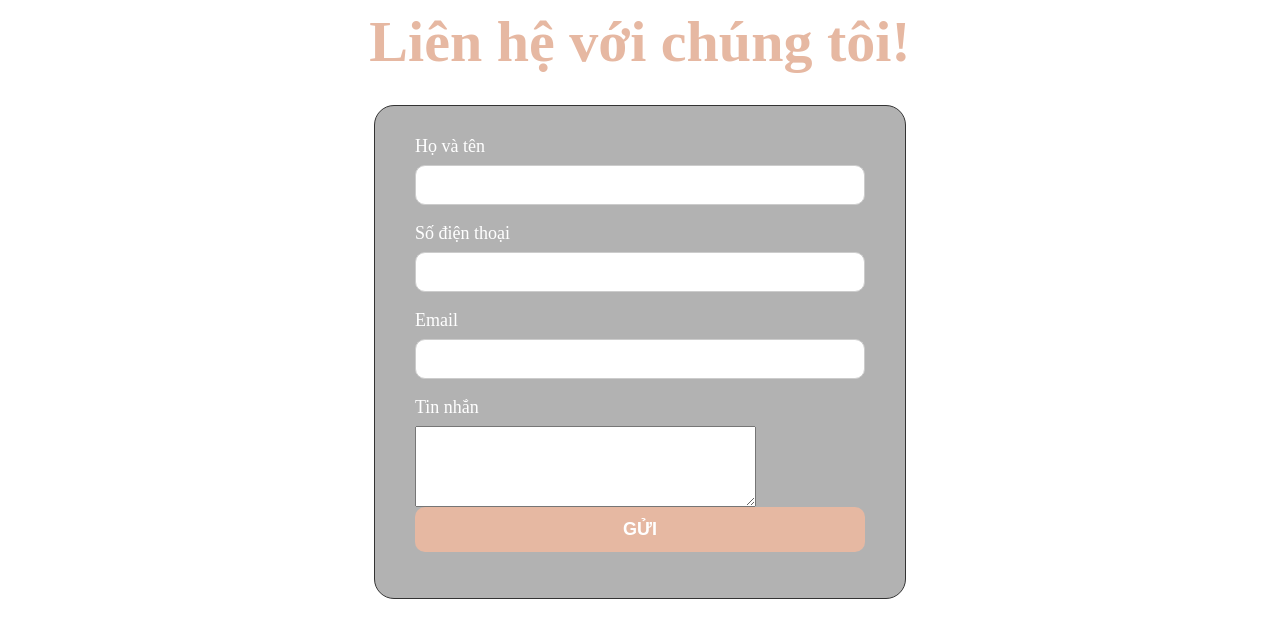
Repository: mingbeo100-boop/website_bancheonline
Page: http://localhost/pages/lienhe.php
The author's editor kept a copy of each file at every save. The page is drawn from the files as they stood at one save, then again after the next save.
The browser window is 1280 px wide. The pictures show the whole page.
The page is run by PHP 8.4 with error messages shown; the project is at /var/www/html/.

Above is the page before, as saved 2025-11-27 08:14:52.

After the next save:
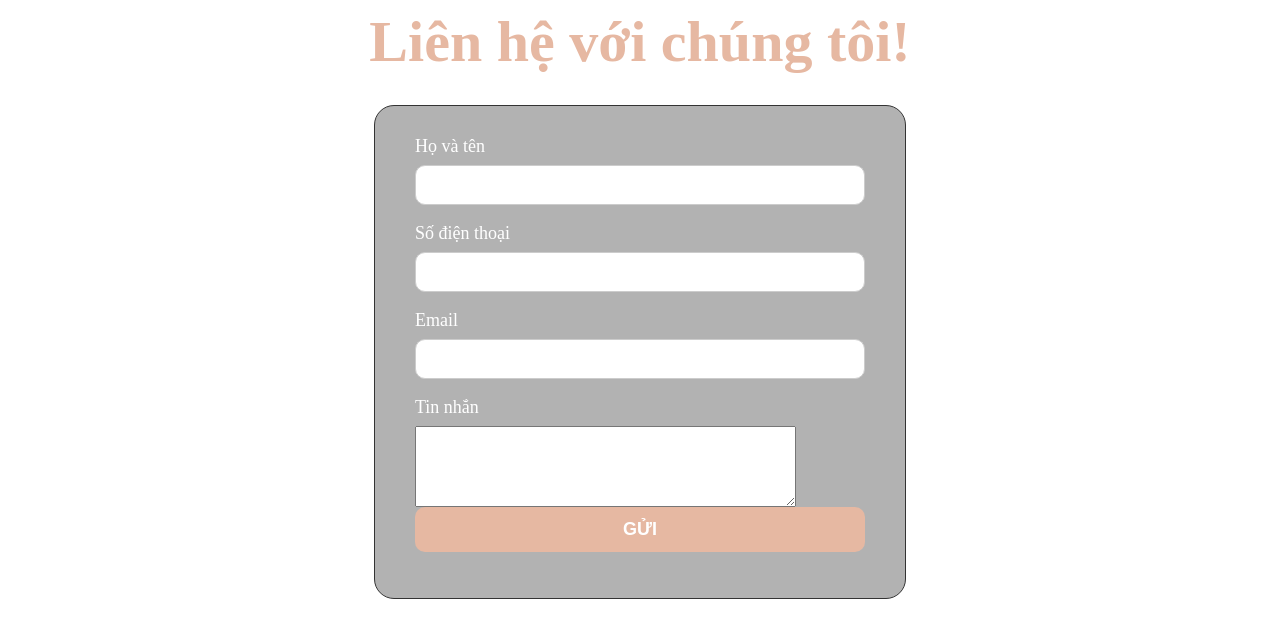
Saved 7 s later.
--- a/pages/lienhe.php
+++ b/pages/lienhe.php
@@ -71,7 +71,7 @@
         <input type="email" name="email" required>
 
         <label>Tin nhắn</label>
-        <textarea name="message" rows="5" cols="40"></textarea>
+        <textarea name="message" rows="5" cols="45"></textarea>
 
         <button type="submit">GỬI</button>
     </form>
